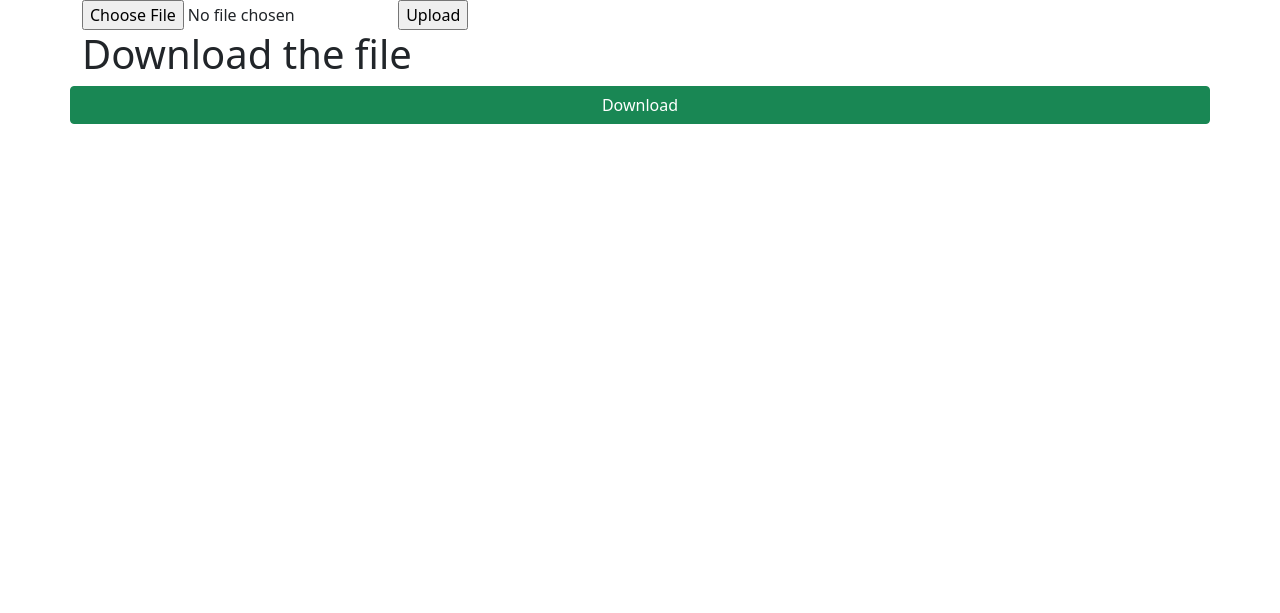
Repository: hselbie/courserator
Page: http://localhost/
The author's editor kept a copy of each file at every save. The page is drawn from the files as they stood at one save, then again after the next save.
The browser window is 1280 px wide. The pictures show the whole page.
The page is served by the project's application, run on Flask 3 (app.py).

Above is the page before, as saved 2023-08-17 21:05:10.

After the next save:
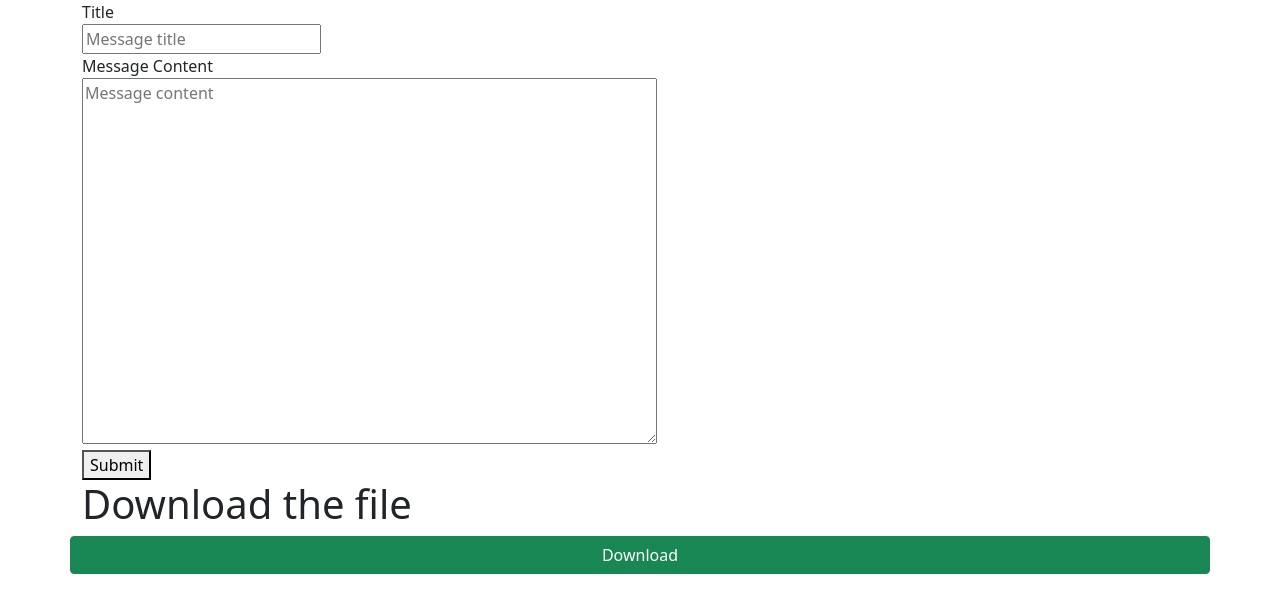
Saved 107 s later.
--- a/templates/index.html
+++ b/templates/index.html
@@ -14,9 +14,24 @@
   <body>
     <div class="container">
         <div class="row">
-          <form action="handle_form" method="post" enctype="multipart/form-data">
-            <input type="file" name="file">
-            <input type="submit" value="Upload">
+          <form method="post">
+            <label for="title">Title</label>
+            <br>
+            <input type="text" name="title"
+                   placeholder="Message title"
+                   value="{{ request.form['title'] }}"></input>
+            <br>
+
+            <label for="content">Message Content</label>
+            <br>
+            <textarea name="content"
+                      placeholder="Message content"
+                      rows="15"
+                      cols="60"
+                      >{{ request.form['content'] }}</textarea>
+            <br>
+            <button type="submit">Submit</button>
+        </form>
           </form>
           <!-- <form method="POST">
             <label for="shape_name">Enter Shape Name:</label><br>
